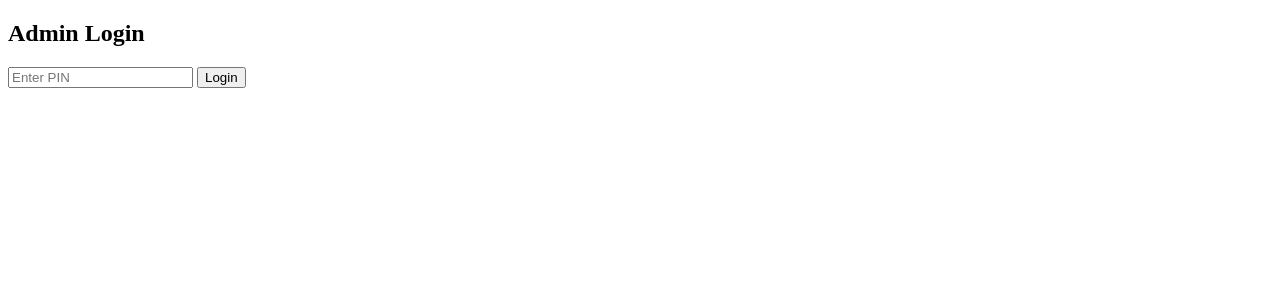
Repository: The-man-of-books/BNA2
Page: BNA2-backend/templates/login.html
The author's editor kept a copy of each file at every save. The page is drawn from the files as they stood at one save, then again after the next save.
The browser window is 1280 px wide. The pictures show the whole page.

Above is the page before, as saved 2025-07-06 12:58:37.

### BNA2-backend/templates/login.html
<!DOCTYPE html>
<html>
<head>
    <title>Admin Login</title>
</head>
<body>
    <h2>Admin Login</h2>
    <form method="POST" action="/admin-login">
        <input type="password" name="pin" placeholder="Enter PIN" required>
        <button type="submit">Login</button>
    </form>
</body>
</html>

After the next save:
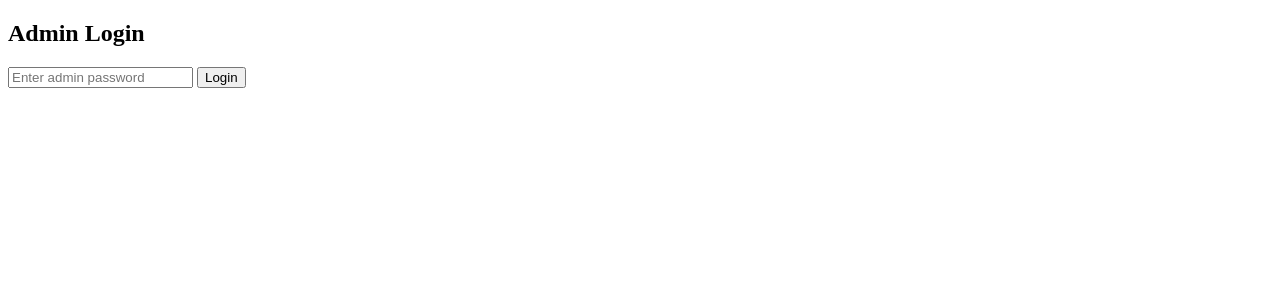
Saved 30 min 8 s later.
--- a/BNA2-backend/templates/login.html
+++ b/BNA2-backend/templates/login.html
@@ -1,12 +1,14 @@
 <!DOCTYPE html>
-<html>
+<html lang="en">
 <head>
+    <meta charset="UTF-8">
+    <meta name="viewport" content="width=device-width, initial-scale=1.0">
     <title>Admin Login</title>
 </head>
 <body>
     <h2>Admin Login</h2>
     <form method="POST" action="/admin-login">
-        <input type="password" name="pin" placeholder="Enter PIN" required>
+        <input type="password" name="password" id="password" placeholder="Enter admin password" required>
         <button type="submit">Login</button>
     </form>
 </body>
